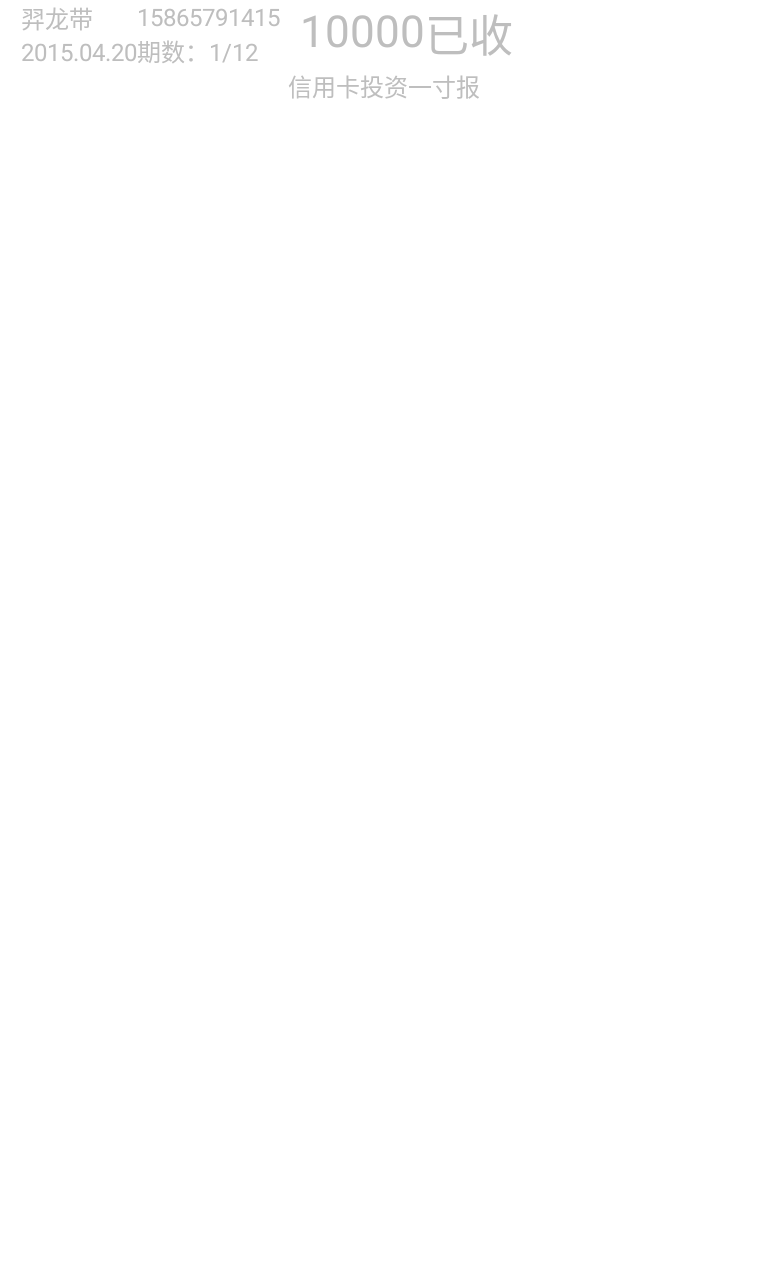
Repository: gongxinge/money-android
Layout: P2P/res/layout/billdetaillistitem.xml
An editor plug-in stored every save of this project. The layout is shown before and after the next save, followed by the edit.
It is drawn on a 768 x 1280 px phone screen (xhdpi) without system bars, with theme android:Theme; the app's code is not run.

Above is the layout before, as saved 2015-06-28 04:00:11.

After the next save:
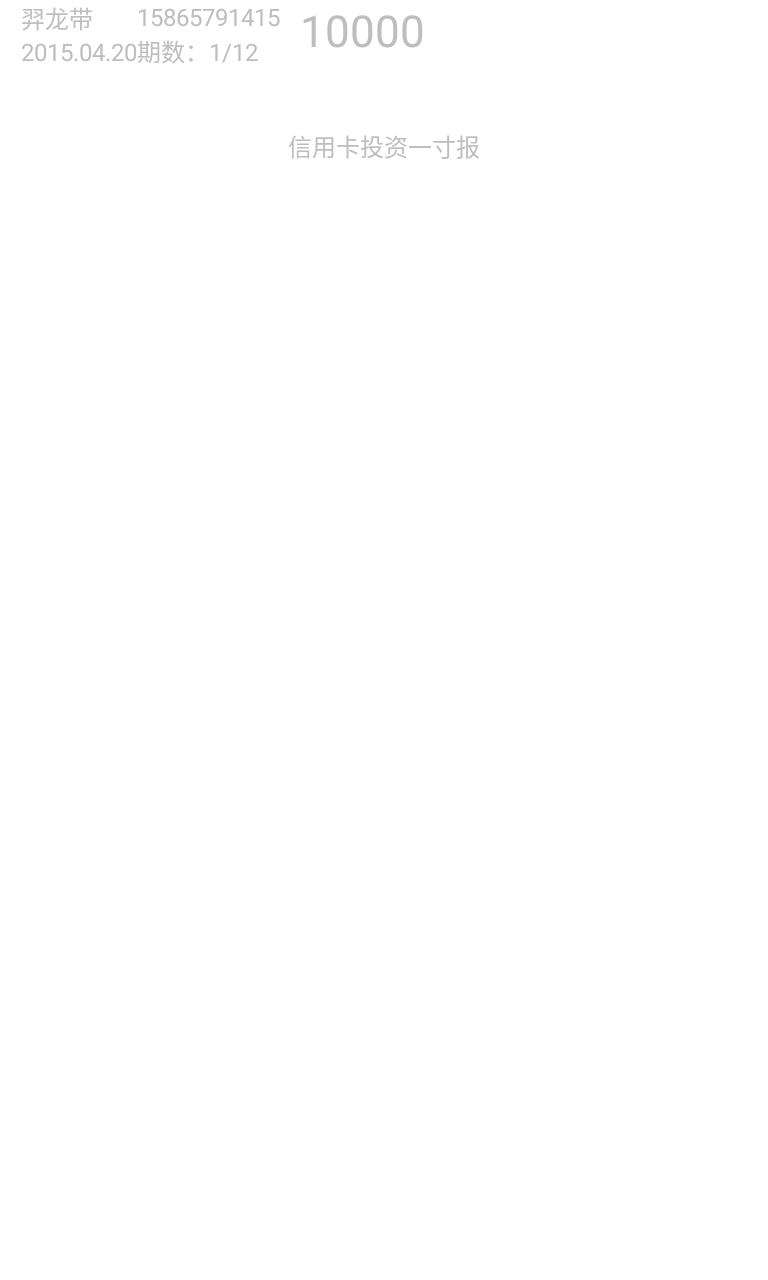
Saved 38 s later.
--- a/P2P/res/layout/billdetaillistitem.xml
+++ b/P2P/res/layout/billdetaillistitem.xml
@@ -73,7 +73,7 @@
             android:layout_height="wrap_content"
             android:text="已收"
             android:layout_gravity="ringht"
-            android:layout_width="fill_parent"
+            android:width="fill_parent"
             android:textSize="22dp" />
     </LinearLayout>
 

After the save that followed:
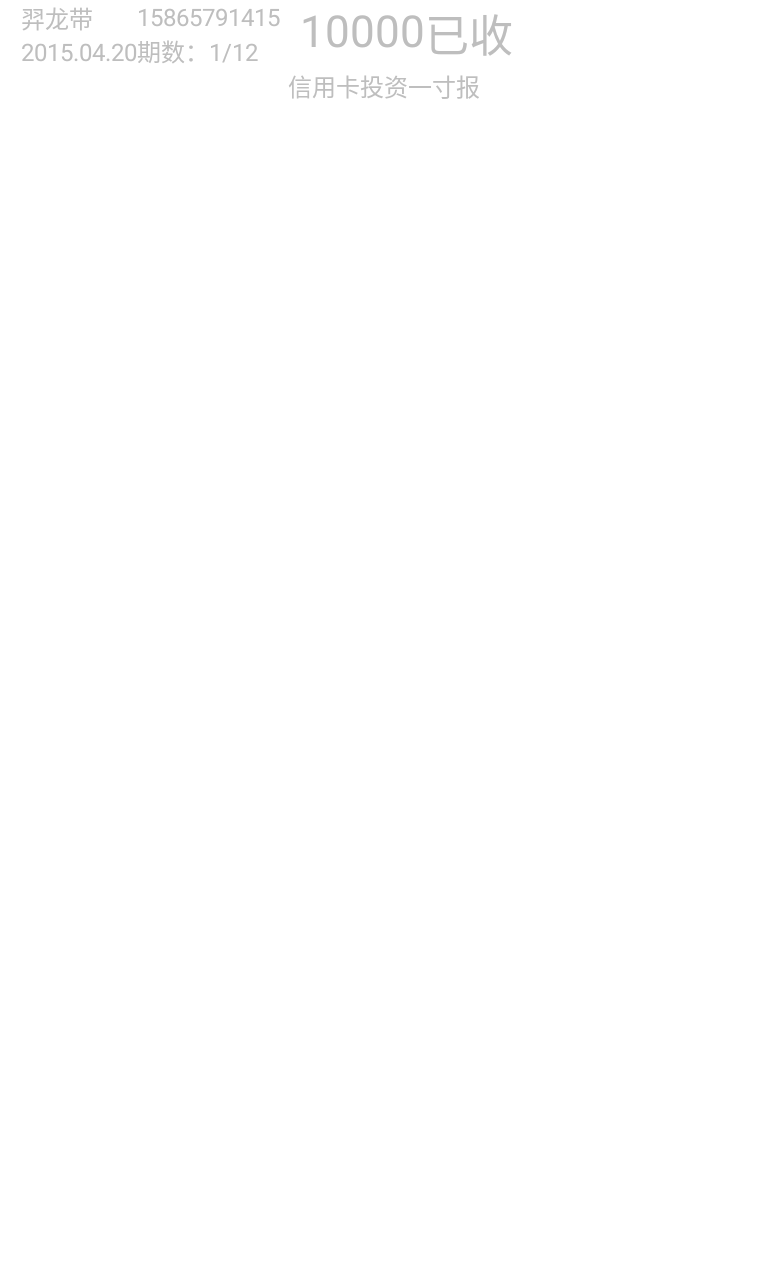
Saved 97 s later.
--- a/P2P/res/layout/billdetaillistitem.xml
+++ b/P2P/res/layout/billdetaillistitem.xml
@@ -72,8 +72,8 @@
             android:layout_width="wrap_content"
             android:layout_height="wrap_content"
             android:text="已收"
-            android:layout_gravity="ringht"
-            android:width="fill_parent"
+            android:layout_gravity="right"
+            android:layout_width="fill_parent"
             android:textSize="22dp" />
     </LinearLayout>
 
